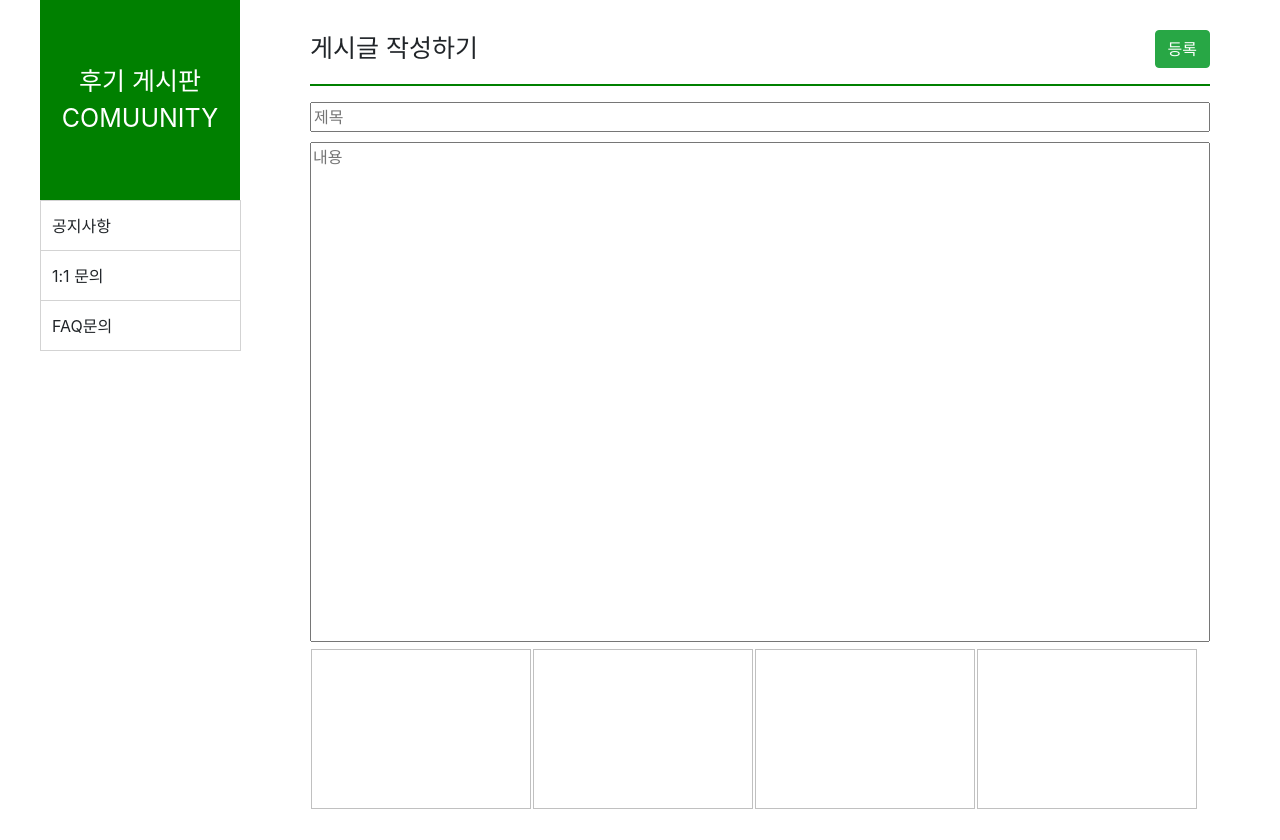
Repository: maru4737/semi
Page: http://localhost/Semi_Project/enroll.fd
These files come from the project's save history. The page is drawn as it stood at one moment and after the next save; the edit follows.
The browser window is 1280 px wide. The pictures show the whole page.
The page is served by Tomcat 9.

Above is the page before, as saved 2021-12-06 09:55:16.

After the next save:
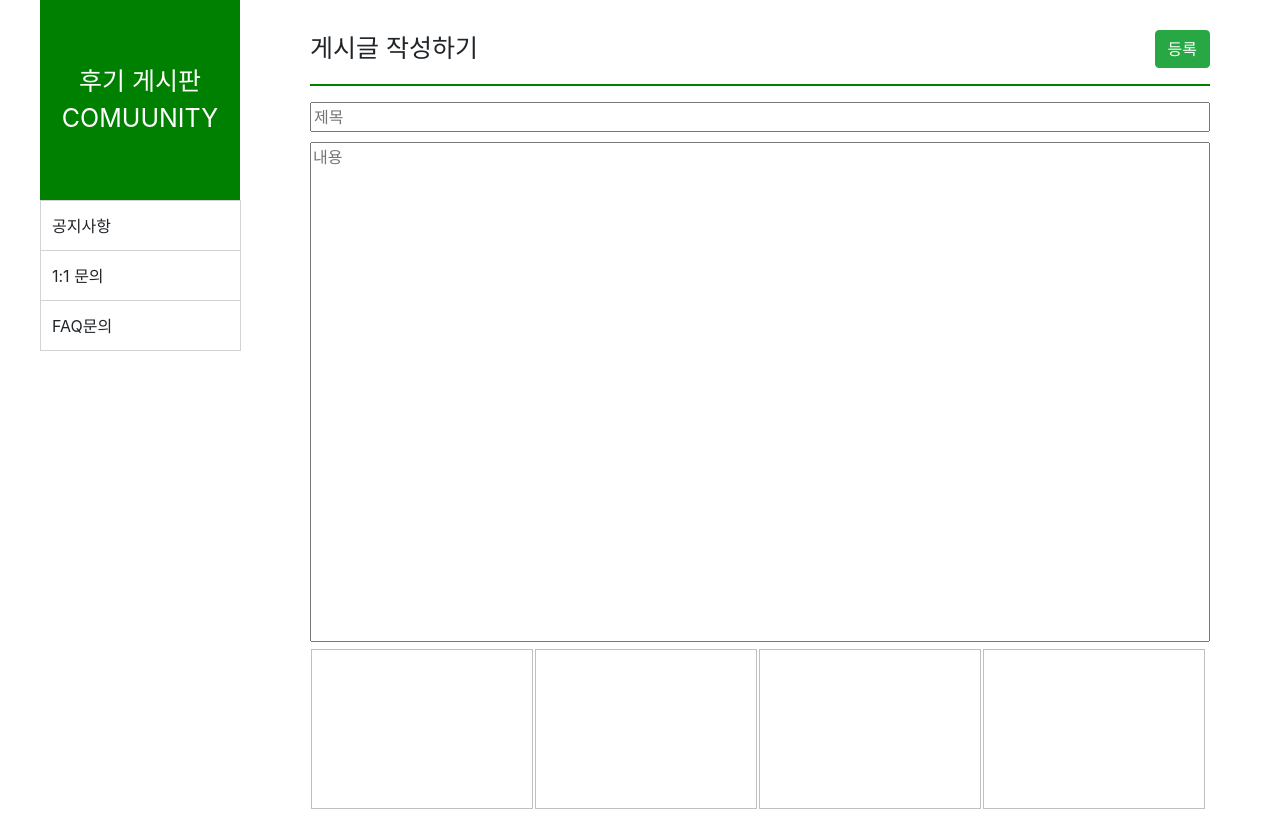
Saved 10 s later.
--- a/Semi_Project/WebContent/views/board/boardEnrollView.jsp
+++ b/Semi_Project/WebContent/views/board/boardEnrollView.jsp
@@ -146,10 +146,10 @@
 					<table>
 
 						<tr>
-							<td><img id="titleImg" width="220" height="160" ></td>
-							<td><img id="contentImg1" width="220" height="160"></td>
-							<td><img id="contentImg2" width="220" height="160"></td>
-							<td><img id="contentImg3" width="220" height="160"></td>
+							<td><img id="titleImg" width="222" height="160" ></td>
+							<td><img id="contentImg1" width="222" height="160"></td>
+							<td><img id="contentImg2" width="222" height="160"></td>
+							<td><img id="contentImg3" width="222" height="160"></td>
 						</tr>
 					</table>
 
